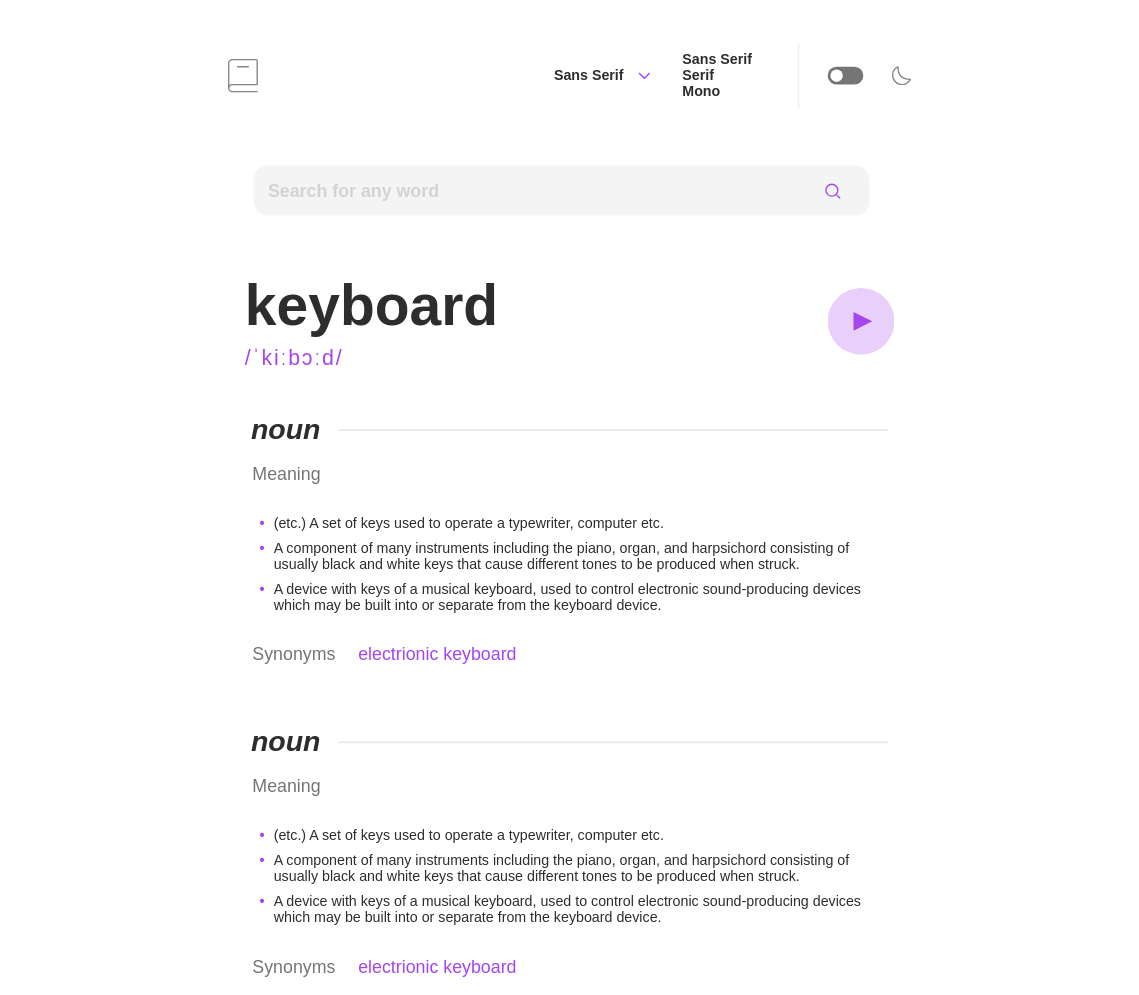
Repository: Arkitecth/dictionary-app
Page: index.html
An editor plug-in stored every save of this project. The page is shown before and after the next save, followed by the edit.
The browser window is 1280 px wide. The pictures show the whole page, at 89% of full size.

Above is the page before, as saved 2023-07-20 19:00:01.

### index.html
<!DOCTYPE html>
<html lang="en">
<head>
  <meta charset="UTF-8">
  <meta name="viewport" content="width=device-width, initial-scale=1.0">
  <link rel="stylesheet" href="styles.css">
  <title>Dictionary</title>
</head>
<body>

  <!-- Navigation -->
  <nav>
    <img src="assets/images/logo.svg" alt="logo">

    <div class="right">
      <div class="fonts">
        <p>Sans Serif</p>
        <img class="arrow-down" src="assets/images/icon-arrow-down.svg" alt="icon-arrow-down">
        <div class="modal">
          <ul>
            <li>Sans Serif</li>
            <li>Serif</li>
            <li>Mono</li>
          </ul>
        </div>

      </div>

      <div class="ruler"></div>

      <div class="togglers">
        <!-- Rounded switch -->
        <label class="switch">
          <input type="checkbox">
          <span class="slider round"></span>
        </label>
        <img src="assets/images/icon-moon.svg" alt="moon-icon">
      </div>
    </div>
  </nav>


  <!-- Search Bar -->
  <section class="search">
    <label for="search-bar"></label>
    <input type="text" name="search-bar" id="search-bar" placeholder="Search for any word">
    <img src="assets/images/icon-search.svg" alt="search-icon" class="search-icon">
  </section>


  <main>
    <section class="word-view">
      <div class="word-group">
        <h1>keyboard</h1>
        <p>/ˈkiːbɔːd/</p>
      </div>
      <img class="icon-play" src="assets/images/icon-play.svg" alt="icon-play">
    </section>

    <div class="speech-part-group">
      <p class="speech-part">noun</p>
      <div class="grey-rule"></div>
    </div>

    <section class="description">
      <p>Meaning</p>
      <ul>
        <li>(etc.) A set of keys used to operate a typewriter, computer etc.</li>
        <li>A component of many instruments including the piano, organ, and harpsichord consisting of usually black and white keys that cause different tones to be produced when struck.</li>
        <li>A device with keys of a musical keyboard, used to control electronic sound-producing devices which may be built into or separate from the keyboard device.</li>
      </ul>
      <p class="synonymn">Synonyms <span>electrionic keyboard</span></p>

    </section>

    <div class="speech-part-group">
      <p class="speech-part">noun</p>
      <div class="grey-rule"></div>
    </div>

    <section class="description">
      <p>Meaning</p>
      <ul>
        <li>(etc.) A set of keys used to operate a typewriter, computer etc.</li>
        <li>A component of many instruments including the piano, organ, and harpsichord consisting of usually black and white keys that cause different tones to be produced when struck.</li>
        <li>A device with keys of a musical keyboard, used to control electronic sound-producing devices which may be built into or separate from the keyboard device.</li>
      </ul>
      <p class="synonymn">Synonyms <span>electrionic keyboard</span></p>

    </section>

  </main>

  <script src="script.js"></script>
</body>
</html>

### styles.css
:root {
    --dark-grey: #757575;
    --purple:#a445ed;
    --light-grey:#f4f4f4;
    --dark-three:#2d2d2d;
    --lighter-grey:#e9e9e9;
}


* {
    margin: 0;
    padding: 0;
}



/* Main Styling */
body {
    max-width: 1100px;
    margin: 0 auto;
    font-family: sans-serif;
    color: var(--dark-three);
}


/* Light Styling */

/* Nav Styling */
nav {
    display: flex;
    justify-content: space-around;
    margin-top: 3rem;
}

.right {
    display: flex;
    gap: 2rem;
}

.fonts {
    display: flex;
    gap: 1rem;
    align-items: center;
    font-weight: 600;
}

.arrow-down {
    cursor: pointer;
}

.ruler {
    width: 1px;
    background-color: #e9e9e9;
}

.togglers {
    display: flex;
    gap: 2rem;
    align-items: center;
}



/* The switch - the box around the slider */
.switch {
  position: relative;
  display: inline-block;
  width: 40px;
  height: 20px;
}

/* Hide default HTML checkbox */
.switch input {
  opacity: 0;
  width: 0;
  height: 0;
}

/* The slider */
.slider {
  position: absolute;
  cursor: pointer;
  top: 0;
  left: 0;
  right: 0;
  bottom: 0;
  background-color: var(--dark-grey);
  -webkit-transition: .4s;
  transition: .4s;
}

.slider:before {
  position: absolute;
  content: "";
  height: 14px;
  width: 14px;
  left: 3px;
  bottom: 3px;
  background-color: white;
  -webkit-transition: .4s;
  transition: .4s;
}

input:checked + .slider {
  background-color: var(--purple)
}

input:focus + .slider {
  box-shadow: 0 0 1px var(--purple)
}

input:checked + .slider:before {
  -webkit-transform: translateX(20px);
  -ms-transform: translateX(20px);
  transform: translateX(20px);
}

/* Rounded sliders */
.slider.round {
  border-radius: 34px;
}

.slider.round:before {
  border-radius: 50%;
}



/* Search */

.search {
    text-align: center;
    margin-top: 4rem;
    display: flex;
    justify-content: center;
}

input[type="text"] {
    width:60%;
    height: 1.5rem;
    padding: 1rem;
    border-radius: 16px;
    border: none;
    background-color: var(--light-grey);
    outline: none;
    font-size: 20px;
    font-weight: 700;

}

input[type="text"]:active,
input[type="text"]:focus {
    border: 1px solid var(--purple);
}


input[type="text"]::placeholder {
    opacity: 0.25;
}

.search-icon {
    transform: translate(-50px,1px);
    text-align: center;
}



/* Word View */

.word-view {
    text-align: center;
    margin-top: 4rem;
    display: flex;
    justify-content: space-around;
}
.word-group h1 {
    font-size: 4rem;
}

.word-group p {
    text-align: left;
    font-size: 1.5rem;
    color: var(--purple);
    font-weight: 400;
    padding-top: 0.5rem;
    letter-spacing: 2px;
}


/* Speech Part(noun, pronoun, verb) */
.speech-part-group {
    display: flex;
    justify-content: center;
    align-items: center;
    gap: 20px;
    margin-top: 3rem;
}
.speech-part {
    text-align: left;
    font-size: 2rem;
    font-weight: 700;
    font-style: italic;
}
.grey-rule {
    border: 1px solid var(--lighter-grey);
    height: 0;
    width: 56%;
}

/* Description */
.description {
    /* width: fit-content;
    margin: 0 auto;
    margin-top: 2rem; */
    width: 65%;
    /* margin-left: 17.5%; */
    margin: 0 auto;
}


.description p {
    color: var(--dark-grey);
    text-align: left;
    font-size: 1.25rem;
    padding: 20px 1px;

}

ul {
    text-align: left;
    padding: 10px 20px;
    list-style: none;
}
.description ul li::before {
    content: "\2022";
    width: 1rem;
    font-weight: bold;
    display: inline-block;
    margin-left: -1em;
    color: var(--purple);
}
.description ul li{
    padding: 5px;
    color: var(--dark-three);
}
.synonymn span {
    color: var(--purple);
    padding: 0 20px;
}


/* Dynamic Styles */

.modal ul{
    list-style: none;
}




/* Mobile Styels */

@media screen and (max-width:375px) {

    input[type="text"] {
        width: 327px;
    }
    .search {
        margin-left: 10px;
    }

    .word-group h1 {
        font-size: 32px;
    }

    .icon-play {
        width: 48px;
    }

    .description {
        width: 275px;
    }

    .speech-part {
        font-size: 18px;
    }

    .description p {
        font-size: 16px;
    }
}

@media screen and (min-width:580px) and (max-width:768px) {
    nav {
        justify-content: space-between;
        padding: 20px;
    }
    input[type="text"] {
        width: 689px;
    }

    .word-view {
        justify-content: space-between;
        padding: 20px;
    }

    .speech-part-group {
        justify-content: space-between;
        padding: 20px;
    }

    .speech-part {
        text-align: left;
        font-size: 24px;
    }
    .grey-rule {
        border: 1px solid var(--lighter-grey);
        height: 0;
        width: 608px;
    }
    .description {
        text-align: left;
        margin: 0;
        width: 500px;
        padding: 20px;
    }


}

### script.js
class App {
    constructor() {
        this._arrowDown = document.querySelector(".arrow-down");
        this._body = document.querySelector("body");
        this._ui = new UI(this._body, this.arrowDown)
    }

    run() {
        this._arrowDown.addEventListener("click", () => {
            this._ui.arrowDownModal();
        })
    }
}

class UI {
    constructor(body, arrowDown) {
        this.body = body;
        this.arrowDown = arrowDown;
    }

   arrowDownModal() {

   }

}

const app = new App();
app.run();

After the next save:
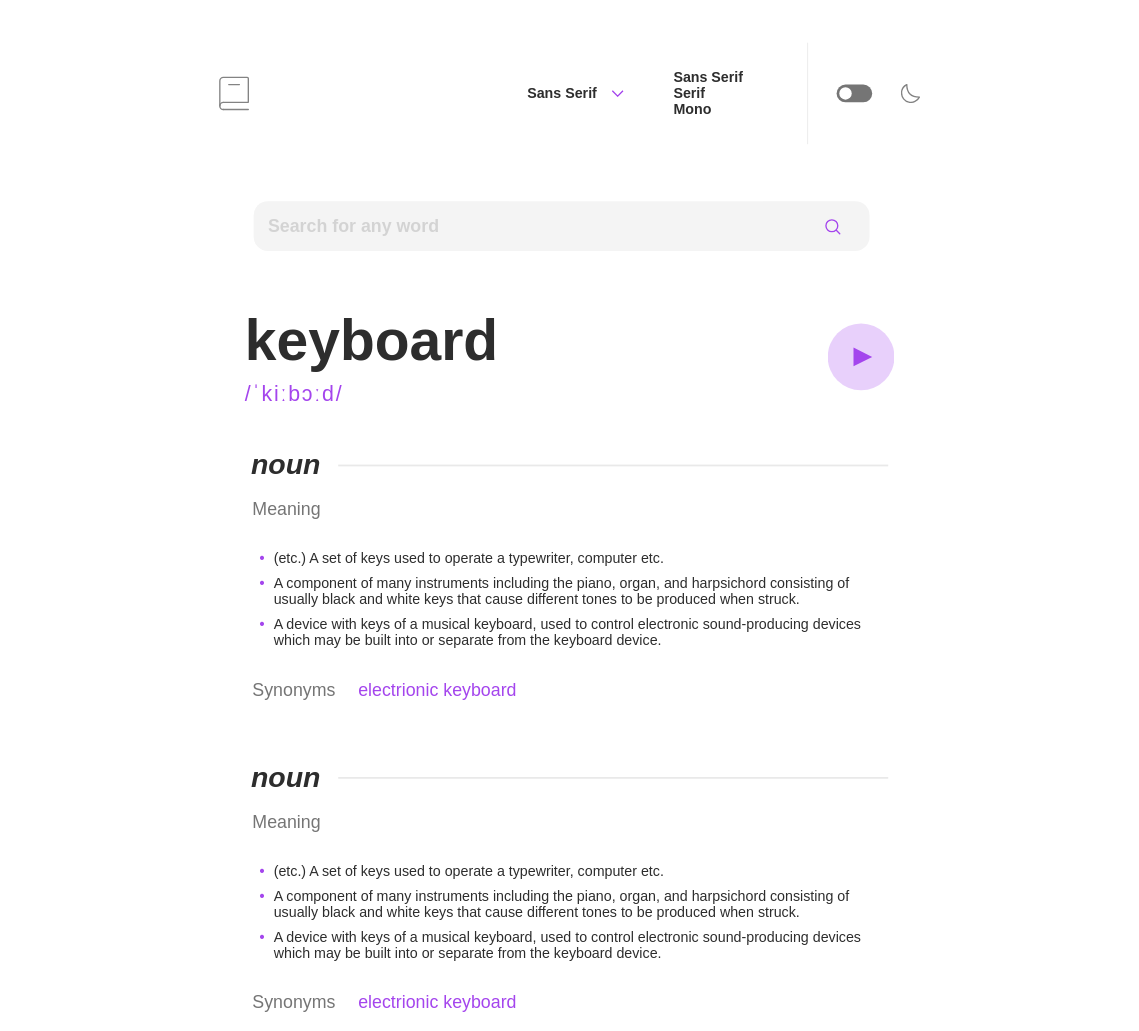
Saved 14 s later.
--- a/styles.css
+++ b/styles.css
@@ -251,8 +251,12 @@
 
 /* Dynamic Styles */
 
+.modal {
+    padding: 20px;
+}
 .modal ul{
     list-style: none;
+
 }
 
 

After the save that followed:
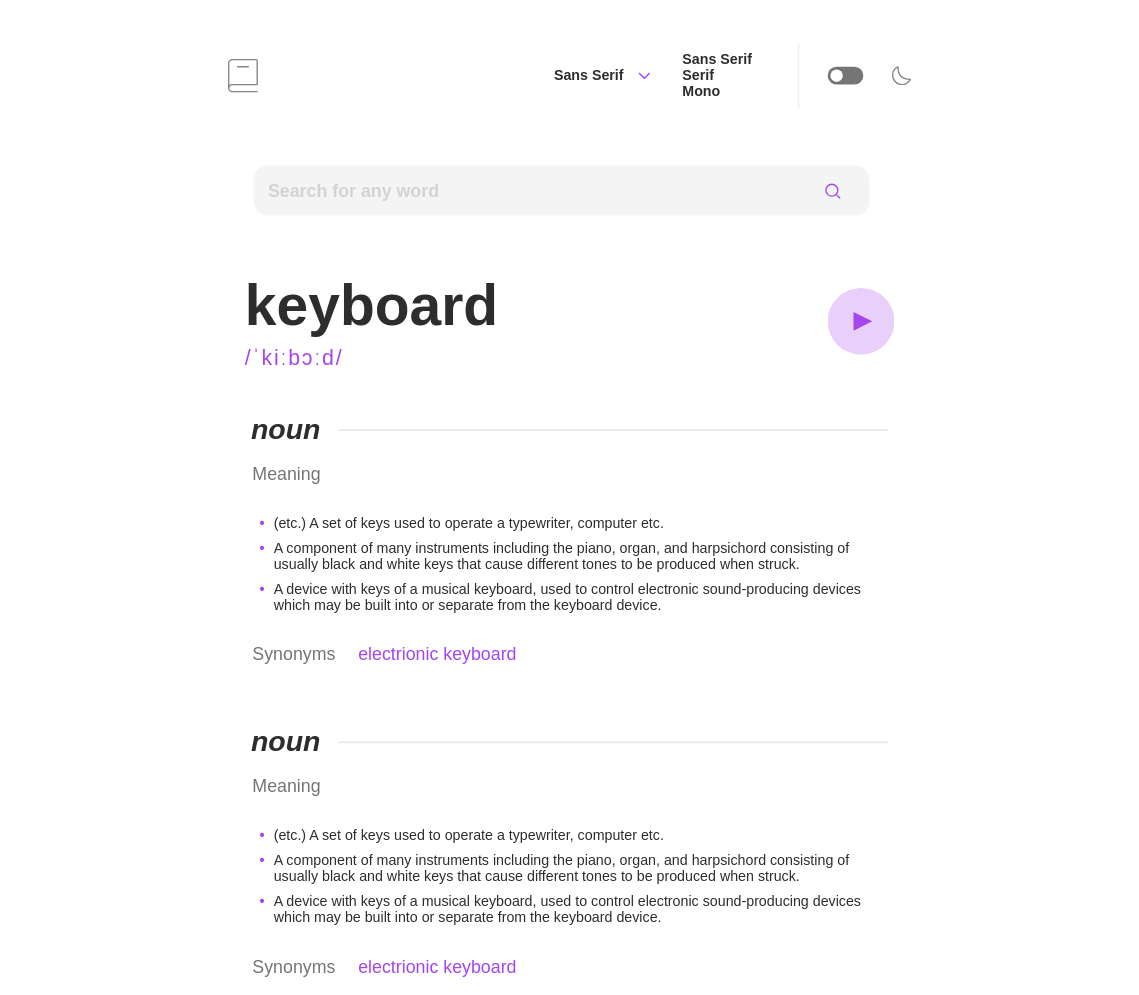
Saved 6 s later.
--- a/styles.css
+++ b/styles.css
@@ -251,9 +251,6 @@
 
 /* Dynamic Styles */
 
-.modal {
-    padding: 20px;
-}
 .modal ul{
     list-style: none;
 
